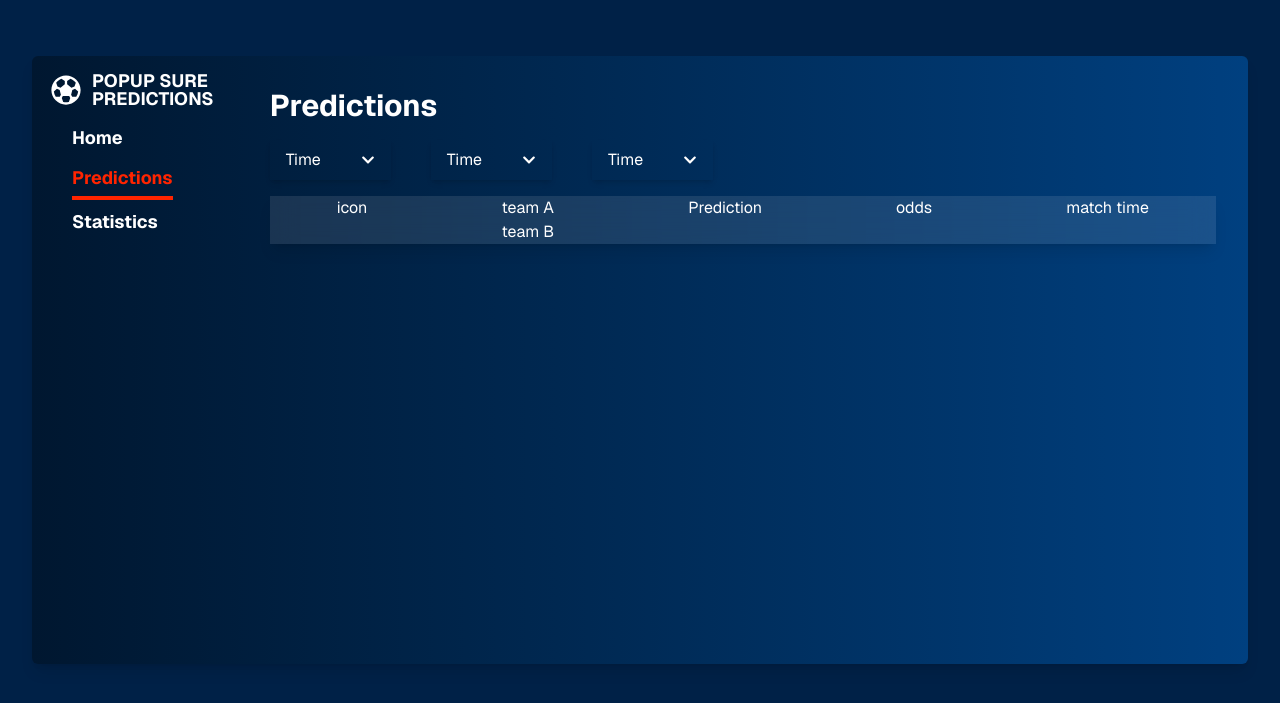
Repository: prototypedave/AlgoFooty
Page: /predictions (app in frontend/algo-footy/)
The author's editor kept a copy of each file at every save. The page is drawn from the files as they stood at one save, then again after the next save.
The browser window is 1280 px wide. The pictures show the whole page.
The project was rebuilt for these pictures with package versions that can differ from the ones it lists, and the page was loaded fresh each time. The framework's server and built-in components were replaced by stand-ins that run in the browser. Also part of the build but not shown: frontend/algo-footy/next.config.ts.

Above is the page before, as saved 2025-11-03 08:03:11.

### frontend/algo-footy/app/predictions/page.tsx
"use client";

import Link from "next/link";
import { IoMdFootball } from "react-icons/io";
import { usePathname } from "next/navigation";
import DropdownButton from "@/components/dropdown";

export default function Predictions() {
    const pathname = usePathname();
    return (
        <div className="relative flex flex-col min-h-screen items-center justify-center bg-oxford-blue font-sans">
            <nav className="absolute inset-x-0 top-0 bottom-0 bg-gradient-to-r from-[#001730] to-[#004080] text-white max-h-full rounded-md mx-8 my-14 shadow-lg flex gap-10 p-4">
                <div className="flex flex-col">
                    <div className="flex gap-2">
                        <IoMdFootball className="text-4xl"/>
                        <p className="text-lg font-bold leading-none">
                            <span className="block">POPUP SURE </span>
                            <span className="block">PREDICTIONS</span>
                        </p>
                    </div>
                    <div className="flex flex-col items-start gap-2 pt-4 pl-6 font-bold text-lg text-white">
                        <Link
                            href="/home"
                            className={`pb-1 ${
                            pathname === "/home"
                                ? "border-b-4 border-black font-bold"
                                : "border-b-0"
                            }`}
                        >
                            Home
                        </Link>
                        <Link href="/predictions"
                            className={`inline-block pb-1 ${
                                pathname === "/predictions"? "border-b-4 border-orange-red font-bold text-orange-red" : "border-b-0 border-orange-red"
                            }`}>Predictions</Link>
                        <Link href={"/statistics"}>Statistics</Link>
                    </div>
                </div>
                <div className="flex flex-col p-4 gap-4 w-full">
                    <h1 className="text-3xl font-bold">Predictions</h1>
                    <div className="flex gap-10 w-full">
                            <DropdownButton />
                            <DropdownButton />
                            <DropdownButton />
                    </div>
                    <div className="flex w-full">
                        <ol className="w-full">
                            <li className="flex bg-white/10 backdrop-blur-md w-full shadow-lg justify-around">
                                <p>icon</p>
                                <div>
                                    <p>team A</p>
                                    <p>team B</p>
                                </div>
                                <p>Prediction</p>
                                <div>odds</div>
                                <div>match time</div>
                            </li>
                        </ol>
                    </div>
                </div>
            </nav>
        </div>
    );
}

### frontend/algo-footy/app/globals.css
@import "tailwindcss";

:root {
  --background: #ffffff;
  --foreground: #171717;
}

@theme inline {
  --color-background: var(--background);
  --color-foreground: var(--foreground);
  --font-sans: var(--font-geist-sans);
  --font-mono: var(--font-geist-mono);
}

@theme {
  --color-oxford-blue: #002147;
  --color-orange-red: #FF2400;
}

@media (prefers-color-scheme: dark) {
  :root {
    --background: #0a0a0a;
    --foreground: #ededed;
  }
}

body {
  background: var(--background);
  color: var(--foreground);
  font-family: Arial, Helvetica, sans-serif;
}

### frontend/algo-footy/components/dropdown.tsx
"use client";
import { useState } from "react";
import { FaChevronDown, FaChevronUp } from "react-icons/fa";

export default function DropdownButton() {
  const [open, setOpen] = useState(false);

  return (
    <div className="relative inline-block text-left">
      {/* Button */}
      <button
        onClick={() => setOpen(!open)}
        className="flex items-center justify-between gap-10 text-white-500 px-4 py-2 shadow-md hover:text-orange-red transition"
      >
        Time
        {open ? (
          <FaChevronUp className="text-sm" />
        ) : (
          <FaChevronDown className="text-sm" />
        )}
      </button>

      {/* Dropdown Menu */}
      {open && (
        <div className="absolute right-0 mt-2 w-48 shadow-lg">
          <ul className="py-1">
            <li>
              <a
                href="#profile"
                className="block px-4 py-2 text-white-300 hover:bg-orange-red"
              >
                Next 1hr
              </a>
            </li>
            <li>
              <a
                href="#settings"
                className="block px-4 py-2 text-white-200 hover:bg-orange-red"
              >
                Next 3hrs
              </a>
            </li>
            <li>
              <a
                href="#logout"
                className="block px-4 py-2 text-white-300 hover:bg-orange-red"
              >
                Next 6hrs
              </a>
            </li>
          </ul>
        </div>
      )}
    </div>
  );
}

Loaded but not shown: frontend/algo-footy/app/layout.tsx (common file)

After the next save:
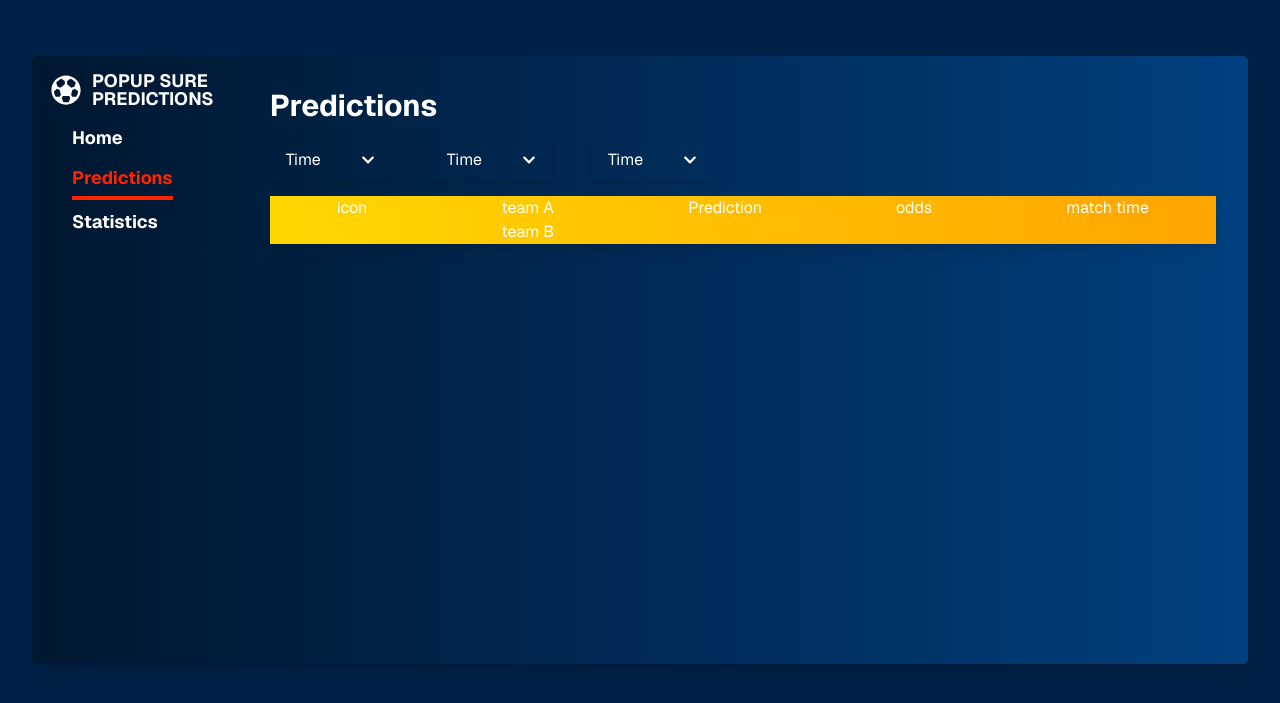
Saved 30 s later.
--- a/frontend/algo-footy/app/predictions/page.tsx
+++ b/frontend/algo-footy/app/predictions/page.tsx
@@ -45,7 +45,7 @@ export default function Predictions() {
                     </div>
                     <div className="flex w-full">
                         <ol className="w-full">
-                            <li className="flex bg-white/10 backdrop-blur-md w-full shadow-lg justify-around">
+                            <li className="flex bg-gradient-to-r from-[#FFD700] to-[#FFA500] w-full shadow-lg justify-around">
                                 <p>icon</p>
                                 <div>
                                     <p>team A</p>
